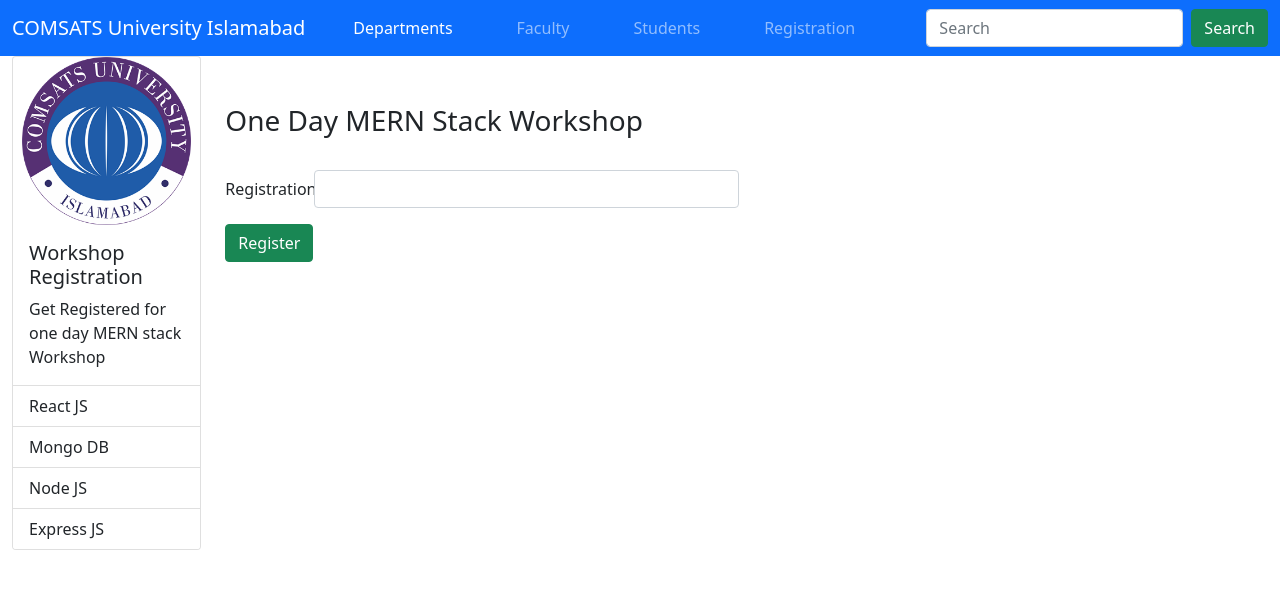
Repository: SaudCh/Web-Mid-Exams
Page: /register
An editor plug-in stored every save of this project. The page is shown before and after the next save, followed by the edit.
The browser window is 1280 px wide. The pictures show the whole page.
The project was rebuilt for these pictures with package versions that can differ from the ones it lists, and the page was loaded fresh each time. Also part of the build but not shown: src/Invalid/invalid.jsx, src/Students/student.jsx.

Above is the page before, as saved 2021-11-25 19:23:12.

### src/App.js
import React from "react";
import {
  BrowserRouter as Router,
  Switch,
  Route,
  Redirect,
} from "react-router-dom";
import "../node_modules/bootstrap/dist/css/bootstrap.min.css";
import "../node_modules/bootstrap/dist/js/bootstrap.bundle.min";
import Header from "./Shared/Header";
import SideBar from "./Shared/SideBar";
import Register from "./Register/register";
import Invalid from "./Invalid/invalid";
import Student from "./Students/student";

export default function App() {
  return (
    <Router>
      <Header />
      <div className="container-fluid">
        <div className="row">
          <div className="col-12 col-md-2">
            <SideBar />
          </div>
          <div className="col-12 col-md-10">
            <Switch>
              <Route path="/" exact>
                <div></div>
              </Route>
              <Route path="/register/" exact>
                <Register />
              </Route>
              <Route path="/invalid/" exact>
                <Invalid />
              </Route>
              <Route path="/list/:register/:program/:gender/:date" exact>
                <Student />
              </Route>
              <Redirect to="/invalid/" />
            </Switch>
          </div>
        </div>
      </div>
    </Router>
  );
}

### src/Shared/Header.jsx
import React from "react";
import { Link } from "react-router-dom";
export default function Header() {
  return (
    <nav class="navbar navbar-expand-lg navbar-dark bg-primary">
      <div class="container-fluid">
        <Link to="/" class="navbar-brand" href="#">
          COMSATS University Islamabad
        </Link>
        <button
          class="navbar-toggler"
          type="button"
          data-bs-toggle="collapse"
          data-bs-target="#navbarSupportedContent"
          aria-controls="navbarSupportedContent"
          aria-expanded="false"
          aria-label="Toggle navigation"
        >
          <span class="navbar-toggler-icon"></span>
        </button>
        <div class="collapse navbar-collapse" id="navbarSupportedContent">
          <ul class="navbar-nav me-auto mb-2 mb-lg-0">
            <li class="nav-item mx-md-4">
              <Link to="/" class="nav-link active" aria-current="page" href="#">
                Departments
              </Link>
            </li>
            <li class="nav-item mx-md-4">
              <Link to="/" class="nav-link" href="#">
                Faculty
              </Link>
            </li>

            <li class="nav-item mx-md-4">
              <Link
                to="/list/sp19-bcs-078/BCS/Male/22-11-201"
                class="nav-link"
                href="#"
                tabindex="-1"
                aria-disabled="true"
              >
                Students
              </Link>
            </li>
            <li class="nav-item mx-md-4">
              <Link
                to="/register/"
                class="nav-link"
                href="#"
                tabindex="-1"
                aria-disabled="true"
              >
                Registration
              </Link>
            </li>
          </ul>
          <form class="d-flex">
            <input
              class="form-control me-2"
              type="search"
              placeholder="Search"
              aria-label="Search"
            />
            <button
              class="btn btn-outline-success btn-success text-white"
              type="submit"
            >
              Search
            </button>
          </form>
        </div>
      </div>
    </nav>
  );
}

### src/Shared/SideBar.jsx
import React from "react";
import logo from "../public/comsats-logo.png";

export default function SideBar() {
  return (
    <div class="card">
      <img
        src={logo}
        class="card-img-top"
        style={{ width: "90%", alignSelf: "center" }}
        alt="..."
      />
      <div class="card-body">
        <h5 class="card-title">Workshop Registration</h5>
        <p class="card-text">Get Registered for one day MERN stack Workshop</p>
      </div>
      <ul class="list-group list-group-flush">
        <li class="list-group-item">React JS</li>
        <li class="list-group-item">Mongo DB</li>
        <li class="list-group-item">Node JS</li>
        <li class="list-group-item">Express JS</li>
      </ul>
    </div>
  );
}

### src/Register/register.jsx
import React, { useRef, useState } from "react";
import { Link, useHistory } from "react-router-dom";
import { Formik, Form, Field } from "formik";

export default function Register() {
  // const handleSubmit = (e) => {
  //   e.preventDefault();

  //   history.push(
  //     `/list/${Registration.current.value}/${Program.current.value}/male/22-11-2021`
  //   );
  // };
  return (
    <div className="my-5">
      <h3>One Day MERN Stack Workshop</h3>
      <Formik
        initialValues={{ registration: "" }}
        onSubmit={(values) => {
          console.log(values);
        }}
      >
        <Form>
          {/*********Registration********** */}
          <div class="row g-3 align-items-center my-3">
            <div class="col-1">
              <label for="registration" class="col-form-label">
                Registration
              </label>
            </div>
            <div class="col-5">
              <Field
                type="text"
                id="registration"
                class="form-control"
                name="registration"
              />
            </div>
            {/* <div class="alert alert-danger col-7" role="alert">
                {errors.registration &&
                  touched.registration &&
                  errors.registration}
              </div> */}
          </div>
          {/*********Program****** */}
          {/* <div class="row g-3 align-items-center my-3">
              <div class="col-1">
                <label for="program" class="col-form-label">
                  Program
                </label>
              </div>
              <div class="col-5">
                <select ref={Program} id="program" class="form-select">
                  <option value="0">Select Program</option>
                  <option value="BsCS">BsCS</option>
                  <option value="BsCE">BsSE</option>
                </select>
              </div>
            </div> */}
          {/*********Gender****** */}
          {/* <div class="row g-3 align-items-center my-3">
              <div class="col-1">
                <label for="gender" class="col-form-label">
                  Gender
                </label>
              </div>
              <div class="col-5">
                <div class="form-check">
                  <input
                    class="form-check-input"
                    type="radio"
                    name="gender"
                    value="male"
                    id="gender"
                    ref={male}
                  />
                  <label class="form-check-label" for="flexRadioDefault1">
                    Male
                  </label>
                </div>
                <div class="form-check">
                  <input
                    class="form-check-input"
                    type="radio"
                    name="gender"
                    value="female"
                    id="gender"
                    ref={male}
                  />
                  <label class="form-check-label" for="flexRadioDefault2">
                    Female
                  </label>
                </div>
              </div>
            </div> */}
          {/*********Date****** */}
          {/* <div class="row g-3 align-items-center my-3">
              <div class="col-1 ">
                <label for="date" class="col-form-label">
                  Preferred date
                </label>
              </div>
              <div class="col-5">
                <div class="form-check">
                  <input
                    class="form-check-input"
                    type="checkbox"
                    value="22-11-2021"
                    id="flexCheckDefault"
                  />
                  <label class="form-check-label" for="flexCheckDefault">
                    22-11-2021
                  </label>
                </div>
                <div class="form-check">
                  <input
                    class="form-check-input"
                    type="checkbox"
                    value="25-11-2021"
                    id="flexCheckChecked"
                  />
                  <label class="form-check-label" for="flexCheckChecked">
                    25-11-2021
                  </label>
                </div>
              </div>
            </div> */}
          {/*********Button********* */}
          <div>
            <button type="submit" className="btn btn-success">
              Register
            </button>
          </div>
        </Form>
      </Formik>
    </div>
  );
}

Loaded but not shown: public/index.html (common file); src/index.js (common file); src/index.css (common file); src/reportWebVitals.js (common file)

After the next save:
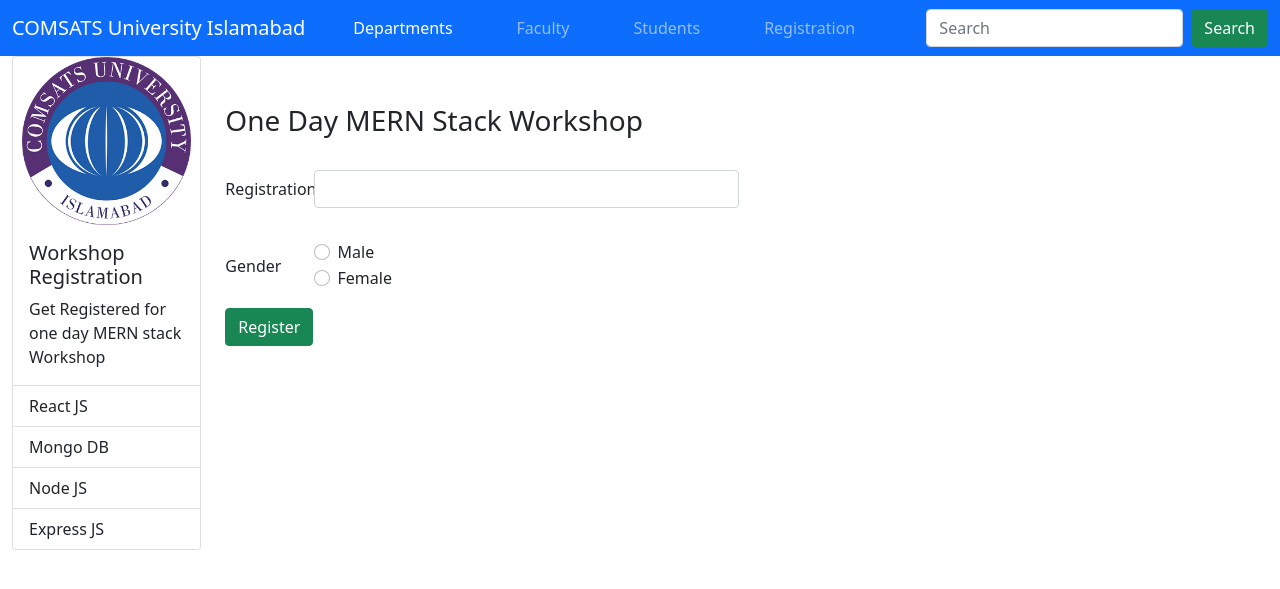
Saved 55 s later.
--- a/src/Register/register.jsx
+++ b/src/Register/register.jsx
@@ -57,41 +57,39 @@
               </div>
             </div> */}
           {/*********Gender****** */}
-          {/* <div class="row g-3 align-items-center my-3">
-              <div class="col-1">
-                <label for="gender" class="col-form-label">
-                  Gender
+          <div class="row g-3 align-items-center my-3">
+            <div class="col-1">
+              <label for="gender" class="col-form-label">
+                Gender
+              </label>
+            </div>
+            <div class="col-5">
+              <div class="form-check">
+                <input
+                  class="form-check-input"
+                  type="radio"
+                  name="gender"
+                  value="male"
+                  id="gender"
+                />
+                <label class="form-check-label" for="flexRadioDefault1">
+                  Male
                 </label>
               </div>
-              <div class="col-5">
-                <div class="form-check">
-                  <input
-                    class="form-check-input"
-                    type="radio"
-                    name="gender"
-                    value="male"
-                    id="gender"
-                    ref={male}
-                  />
-                  <label class="form-check-label" for="flexRadioDefault1">
-                    Male
-                  </label>
-                </div>
-                <div class="form-check">
-                  <input
-                    class="form-check-input"
-                    type="radio"
-                    name="gender"
-                    value="female"
-                    id="gender"
-                    ref={male}
-                  />
-                  <label class="form-check-label" for="flexRadioDefault2">
-                    Female
-                  </label>
-                </div>
+              <div class="form-check">
+                <Field
+                  class="form-check-input"
+                  type="radio"
+                  name="gender"
+                  value="female"
+                  id="gender"
+                />
+                <label class="form-check-label" for="flexRadioDefault2">
+                  Female
+                </label>
               </div>
-            </div> */}
+            </div>
+          </div>
           {/*********Date****** */}
           {/* <div class="row g-3 align-items-center my-3">
               <div class="col-1 ">
